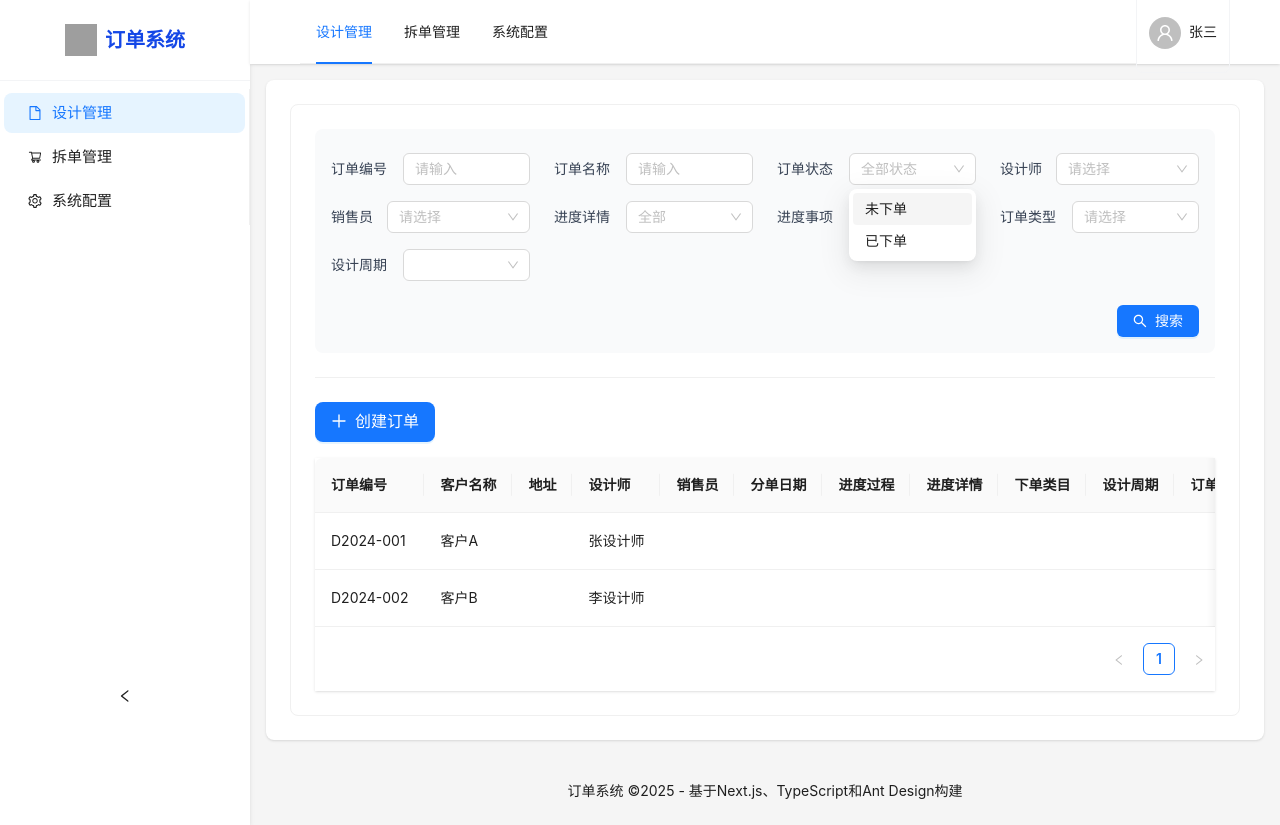
Repository: Garyxiwang/order_system
Page: /design (app in front/)
These files come from the project's save history. The page is drawn as it stood at one moment and after the next save; the edit follows.
The browser window is 1280 px wide. The pictures show the whole page.
Pictures or frames that could not be fetched are drawn as grey boxes. The project was rebuilt for these pictures with package versions that can differ from the ones it lists, and the page was loaded fresh each time. The framework's server and built-in components were replaced by stand-ins that run in the browser. Also part of the build but not shown: front/next.config.js, front/next.config.ts.

Above is the page before, as saved 2025-08-04 15:09:07.

### front/src/app/layout.tsx
import type { Metadata } from "next";
import { Geist, Geist_Mono } from "next/font/google";
import "./globals.css";

const geistSans = Geist({
  variable: "--font-geist-sans",
  subsets: ["latin"],
});

const geistMono = Geist_Mono({
  variable: "--font-geist-mono",
  subsets: ["latin"],
});

export const metadata: Metadata = {
  title: "订单系统",
  description: "基于Next.js、TypeScript和Ant Design构建的订单系统",
};

import AppLayout from '@/components/layout/AppLayout';

export default function RootLayout({
  children,
}: Readonly<{
  children: React.ReactNode;
}>) {
  return (
    <html lang="zh-CN">
      <body
        className={`${geistSans.variable} ${geistMono.variable} antialiased`}
      >
        <AppLayout>
          {children}
        </AppLayout>
      </body>
    </html>
  );
}

### front/src/app/design/page.tsx
"use client";

import React, { useState } from "react";
import {
  Typography,
  Card,
  Table,
  Button,
  Space,
  Input,
  Select,
  Row,
  Col,
  Divider,
} from "antd";
import { SearchOutlined, PlusOutlined } from "@ant-design/icons";

const { Title } = Typography;
const { Option } = Select;

const DesignPage: React.FC = () => {
  const [activeTab, setActiveTab] = useState("1");
  const [selectedDesign, setSelectedDesign] = useState<string | null>(null);

  // 模拟设计页数据
  const designData = [
    {
      key: "1",
      designNumber: "D2024-001",
      customerName: "客户A",
      productName: "产品X",
      designer: "张设计师",
      status: "进行中",
      createTime: "2024-06-20",
      previewImage: "/file.svg", // 使用已有的图片
    },
    {
      key: "2",
      designNumber: "D2024-002",
      customerName: "客户B",
      productName: "产品Y",
      designer: "李设计师",
      status: "已完成",
      createTime: "2024-06-18",
      previewImage: "/globe.svg", // 使用已有的图片
    },
  ];

  const columns = [
    {
      title: "订单编号",
      dataIndex: "designNumber",
      key: "designNumber",
    },
    {
      title: "客户名称",
      dataIndex: "customerName",
      key: "customerName",
    },
    {
      title: "地址",
      dataIndex: "address",
      key: "customerName",
    },
    {
      title: "设计师",
      dataIndex: "designer",
      key: "designer",
    },
    {
      title: "销售员",
      dataIndex: "salesperson",
      key: "salesperson",
    },
    {
      title: "分单日期",
      dataIndex: "splitTime",
      key: "splitTime",
    },
    {
      title: "进度过程",
      dataIndex: "progress",
      key: "progress",
    },
    {
      title: "进度详情",
      dataIndex: "progressDetail",
      key: "progressDetail",
    },
    {
      title: "下单类目",
      dataIndex: "category",
      key: "category",
    },
    {
      title: "设计周期",
      dataIndex: "cycle",
      key: "cycle",
    },
    {
      title: "订单状态",
      dataIndex: "state",
      key: "state",
    },
    {
      title: "订单类型",
      dataIndex: "orderType",
      key: "orderType",
    },
    {
      title: "备注",
      dataIndex: "remark",
      key: "remark",
    },
    {
      title: "操作",
      key: "action",
      render: (_: unknown, record: Record<string, string | number>) => (
        <Space size="middle">
          <Button type="link" size="small">
            编辑
          </Button>
          <Button type="link" size="small">
            更新进度
          </Button>
          <Button type="link" size="small">
            下单
          </Button>
        </Space>
      ),
    },
  ];

  return (
    <div>
      <Card variant="outlined" className="shadow-none">
        {/* 搜索和过滤区域 */}
        <div className="mb-6 bg-gray-50 p-4 rounded-lg">
          <Row gutter={24}>
            <Col span={6} className="py-2">
              <div className="flex items-center gap-2">
                <label className="whitespace-nowrap text-sm font-medium text-gray-700 min-w-16">
                  订单编号
                </label>
                <Input
                  placeholder="请输入"
                  className="rounded-md border-gray-200 flex-1"
                  size="middle"
                />
              </div>
            </Col>
            <Col span={6} className="py-2">
              <div className="flex items-center gap-2">
                <label className="whitespace-nowrap text-sm font-medium text-gray-700 min-w-16">
                  订单名称
                </label>
                <Input
                  placeholder="请输入"
                  className="rounded-md border-gray-200 flex-1"
                  size="middle"
                />
              </div>
            </Col>
            <Col span={6} className="py-2">
              <div className="flex items-center gap-2">
                <label className="whitespace-nowrap text-sm font-medium text-gray-700 min-w-16">
                  订单状态
                </label>
                <Select
                  placeholder="全部状态"
                  className="rounded-md flex-1"
                  size="middle"
                  defaultOpen={"-1"}
                >
                  <Option value="-1">未下单</Option>
                  <Option value="1">已下单</Option>
                </Select>
              </div>
            </Col>
            <Col span={6} className="py-2">
              <div className="flex items-center gap-2">
                <label className="whitespace-nowrap text-sm font-medium text-gray-700 min-w-12">
                  设计师
                </label>
                <Select
                  placeholder="请选择"
                  className="rounded-md flex-1"
                  size="middle"
                >
                  <Option value="designer1">设计师1</Option>
                  <Option value="designer2">设计师2</Option>
                </Select>
              </div>
            </Col>
            <Col span={6} className="py-2">
              <div className="flex items-center gap-2">
                <label className="whitespace-nowrap text-sm font-medium text-gray-700 min-w-12">
                  销售员
                </label>
                <Select
                  placeholder="请选择"
                  className="rounded-md flex-1"
                  size="middle"
                >
                  <Option value="designer1">销售员1</Option>
                  <Option value="designer2">销售员2</Option>
                  <Option value="designer2">销售员3</Option>
                </Select>
              </div>
            </Col>
            <Col span={6} className="py-2">
              <div className="flex items-center gap-2">
                <label className="whitespace-nowrap text-sm font-medium text-gray-700 min-w-16">
                  进度详情
                </label>
                <Select
                  placeholder="全部"
                  className="rounded-md flex-1"
                  size="middle"
                >
                  <Option value="designing">正常进行中</Option>
                  <Option value="reviewing">等硬装</Option>
                  <Option value="completed">客户待打款</Option>
                  <Option value="completed">待客户确认</Option>
                  <Option value="completed">其他</Option>
                </Select>
              </div>
            </Col>
            <Col span={6} className="py-2">
              <div className="flex items-center gap-2">
                <label className="whitespace-nowrap text-sm font-medium text-gray-700 min-w-16">
                  进度事项
                </label>
                <Select
                  placeholder="全部"
                  className="rounded-md flex-1"
                  size="middle"
                >
                  <Option value="normal">量尺</Option>
                  <Option value="important">初稿</Option>
                  <Option value="urgent">已报价未打款</Option>
                  <Option value="urgent">已打款</Option>
                  <Option value="urgent">已下单</Option>
                </Select>
              </div>
            </Col>
            <Col span={6} className="py-2">
              <div className="flex items-center gap-2">
                <label className="whitespace-nowrap text-sm font-medium text-gray-700 min-w-16">
                  订单类型
                </label>
                <Select
                  placeholder="请选择"
                  className="rounded-md flex-1"
                  size="middle"
                >
                  <Option value="design">设计单</Option>
                  <Option value="development">拆单订单</Option>
                </Select>
              </div>
            </Col>
            <Col span={6} className="py-2">
              <div className="flex items-center gap-2">
                <label className="whitespace-nowrap text-sm font-medium text-gray-700 min-w-16">
                  设计周期
                </label>
                <Select
                  placeholder=""
                  className="rounded-md flex-1"
                  size="middle"
                >
                  <Option value="short">小于10天</Option>
                  <Option value="medium">10-20天</Option>
                  <Option value="long">大于20天</Option>
                </Select>
              </div>
            </Col>
          </Row>
          <Row className="mt-4">
            <Col span={24} className="text-right">
              <Space>
                <Button
                  type="primary"
                  icon={<SearchOutlined />}
                  size="middle"
                  className="bg-blue-600 hover:bg-blue-700"
                >
                  搜索
                </Button>
              </Space>
            </Col>
          </Row>
        </div>
        <Divider className="my-4" />
        {/* 新增 */}
        <div className="flex justify-between items-center mb-4">
          <Button
            type="primary"
            icon={<PlusOutlined />}
            size="large"
            className="bg-blue-600 hover:bg-blue-700"
          >
            创建订单
          </Button>
        </div>

        {/* 表格区域 */}
        <Table
          columns={columns}
          dataSource={designData}
          bordered={false}
          pagination={{ pageSize: 10 }}
          className="shadow-sm"
          rowClassName="hover:bg-blue-50"
          scroll={{ x: "max-content" }}
        />
      </Card>
    </div>
  );
};

export default DesignPage;

### front/src/app/globals.css
@import "tailwindcss";
/* Ant Design 5.x不再需要全局导入CSS文件 */

:root {
  --background: #ffffff;
  --foreground: #171717;
}

@theme inline {
  --color-background: var(--background);
  --color-foreground: var(--foreground);
  --font-sans: var(--font-geist-sans);
  --font-mono: var(--font-geist-mono);
}

@media (prefers-color-scheme: dark) {
  :root {
    --background: #0a0a0a;
    --foreground: #ededed;
  }
}

body {
  background: var(--background);
  color: var(--foreground);
  font-family: Arial, Helvetica, sans-serif;
}

### front/src/components/layout/AppLayout.tsx
"use client";

import React, { useState } from "react";
import { Layout, Menu, Avatar, Dropdown, Button, Space } from "antd";
import type { MenuProps } from "antd";
import {
  UserOutlined,
  LogoutOutlined,
  BellOutlined,
  SettingOutlined,
} from "@ant-design/icons";
import SideMenu from "@/components/layout/SideMenu";
import AntdRegistry from "../AntdRegistry";
import { usePathname, useRouter } from "next/navigation";
import Link from "next/link";

const { Content, Footer, Sider, Header } = Layout;

interface AppLayoutProps {
  children: React.ReactNode;
}

const AppLayout: React.FC<AppLayoutProps> = ({ children }) => {
  const pathname = usePathname();
  const router = useRouter();
  const isLoginPage = pathname === "/login";

  // 模拟当前用户信息
  const [currentUser] = useState({
    name: "张三",
    avatar: "",
    role: "管理员",
  });

  // 处理退出登录
  const handleLogout = () => {
    // 实际项目中应该调用登出API，清除token等
    console.log("用户登出");
    router.push("/login");
  };

  // 用户下拉菜单项
  const userMenuItems: MenuProps["items"] = [
    // {
    //   key: "profile",
    //   icon: <UserOutlined />,
    //   label: "个人信息",
    // },
    // {
    //   key: "settings",
    //   icon: <SettingOutlined />,
    //   label: "账户设置",
    // },
    // {
    //   type: "divider",
    // },
    {
      key: "logout",
      icon: <LogoutOutlined />,
      label: "退出登录",
      onClick: handleLogout,
    },
  ];

  return (
    <AntdRegistry>
      {isLoginPage ? (
        <>{children}</>
      ) : (
        <Layout className="min-h-screen">
          <Layout>
            <Sider
              width={250}
              theme="light"
              className="min-h-screen shadow-md z-10 bg-gradient-to-b from-blue-50 to-white"
              breakpoint="lg"
              collapsible
            >
              <div className="flex items-center justify-center py-6 px-4 border-b border-gray-100">
                <div className="text-xl font-bold text-blue-700 flex items-center">
                  <img src="/globe.svg" alt="Logo" className="w-8 h-8 mr-2" />
                  <span>订单系统</span>
                </div>
              </div>
              <div className="py-2">
                <SideMenu />
              </div>
            </Sider>
            <Layout>
              <Header
                style={{ backgroundColor: "white" }}
                className="px-6 flex justify-between items-center shadow-sm h-16 sticky top-0 z-10"
              >
                <div className="flex-1">
                  <Menu
                    mode="horizontal"
                    selectedKeys={[pathname.split("/")[1] || ""]}
                    className="border-b-0 font-medium"
                    items={[
                      {
                        key: "design",
                        label: (
                          <Link
                            href="/design"
                            className="text-gray-700 hover:text-blue-600"
                          >
                            设计管理
                          </Link>
                        ),
                      },
                      {
                        key: "split",
                        label: (
                          <Link
                            href="/split"
                            className="text-gray-700 hover:text-blue-600"
                          >
                            拆单管理
                          </Link>
                        ),
                      },
                      {
                        key: "config",
                        label: (
                          <Link
                            href="/config"
                            className="text-gray-700 hover:text-blue-600"
                          >
                            系统配置
                          </Link>
                        ),
                      },
                    ]}
                  />
                </div>
                <div className="flex items-center">
                  {/* <Button
                    type="text"
                    icon={<BellOutlined className="text-lg" />}
                    className="mr-4 hover:bg-gray-100 h-10 w-10 flex items-center justify-center rounded-full"
                  /> */}
                  <Dropdown
                    menu={{ items: userMenuItems }}
                    placement="bottomRight"
                    arrow
                  >
                    <Space className="cursor-pointer px-3 py-2 rounded-md hover:bg-gray-100 border border-gray-100">
                      <Avatar icon={<UserOutlined />} className="bg-blue-500" />
                      <span className="font-medium">{currentUser.name}</span>
                    </Space>
                  </Dropdown>
                </div>
              </Header>
              <Content className="p-6 m-4 bg-white rounded-lg shadow-sm">
                {children}
              </Content>
              <Footer className="text-center text-gray-500 bg-transparent">
                订单系统 ©{new Date().getFullYear()} -
                基于Next.js、TypeScript和Ant Design构建
              </Footer>
            </Layout>
          </Layout>
        </Layout>
      )}
    </AntdRegistry>
  );
};

export default AppLayout;

### front/src/components/layout/SideMenu.tsx
'use client';

import React from 'react';
import { Menu } from 'antd';
import { FileOutlined, ShoppingCartOutlined, SettingOutlined, DashboardOutlined } from '@ant-design/icons';
import Link from 'next/link';
import { usePathname } from 'next/navigation';

const SideMenu: React.FC = () => {
  const pathname = usePathname();

  // 根据当前路径确定选中的菜单项
  const getSelectedKey = () => {
    if (pathname.startsWith('/design')) return ['design'];
    if (pathname.startsWith('/split')) return ['split'];
    if (pathname.startsWith('/config')) return ['config'];
    return [];
  };

  const menuItems = [
    {
      key: 'design',
      icon: <FileOutlined className="text-blue-600" />,
      label: <Link href="/design" className="text-gray-700 hover:text-blue-600 font-medium">设计管理</Link>,
    },
    {
      key: 'split',
      icon: <ShoppingCartOutlined className="text-blue-600" />,
      label: <Link href="/split" className="text-gray-700 hover:text-blue-600 font-medium">拆单管理</Link>,
    },
    {
      key: 'config',
      icon: <SettingOutlined className="text-blue-600" />,
      label: <Link href="/config" className="text-gray-700 hover:text-blue-600 font-medium">系统配置</Link>,
    },
  ];

  return (
    <Menu
      mode="inline"
      selectedKeys={getSelectedKey()}
      items={menuItems}
      className="border-r-0 bg-transparent"
      style={{ fontSize: '15px' }}
    />
  );
};

export default SideMenu;

### front/src/components/AntdRegistry.tsx
'use client';

import React from 'react';
import { createCache, extractStyle, StyleProvider } from '@ant-design/cssinjs';
import type Entity from '@ant-design/cssinjs/es/Cache';
import { useServerInsertedHTML } from 'next/navigation';

interface AntdRegistryProps {
  children: React.ReactNode;
}

const AntdRegistry = ({ children }: AntdRegistryProps) => {
  const cache = React.useMemo<Entity>(() => createCache(), []);

  useServerInsertedHTML(() => {
    return (
      <style
        id="antd"
        dangerouslySetInnerHTML={{ __html: extractStyle(cache, true) }}
      />
    );
  });

  return <StyleProvider cache={cache}>{children}</StyleProvider>;
};

export default AntdRegistry;

After the next save:
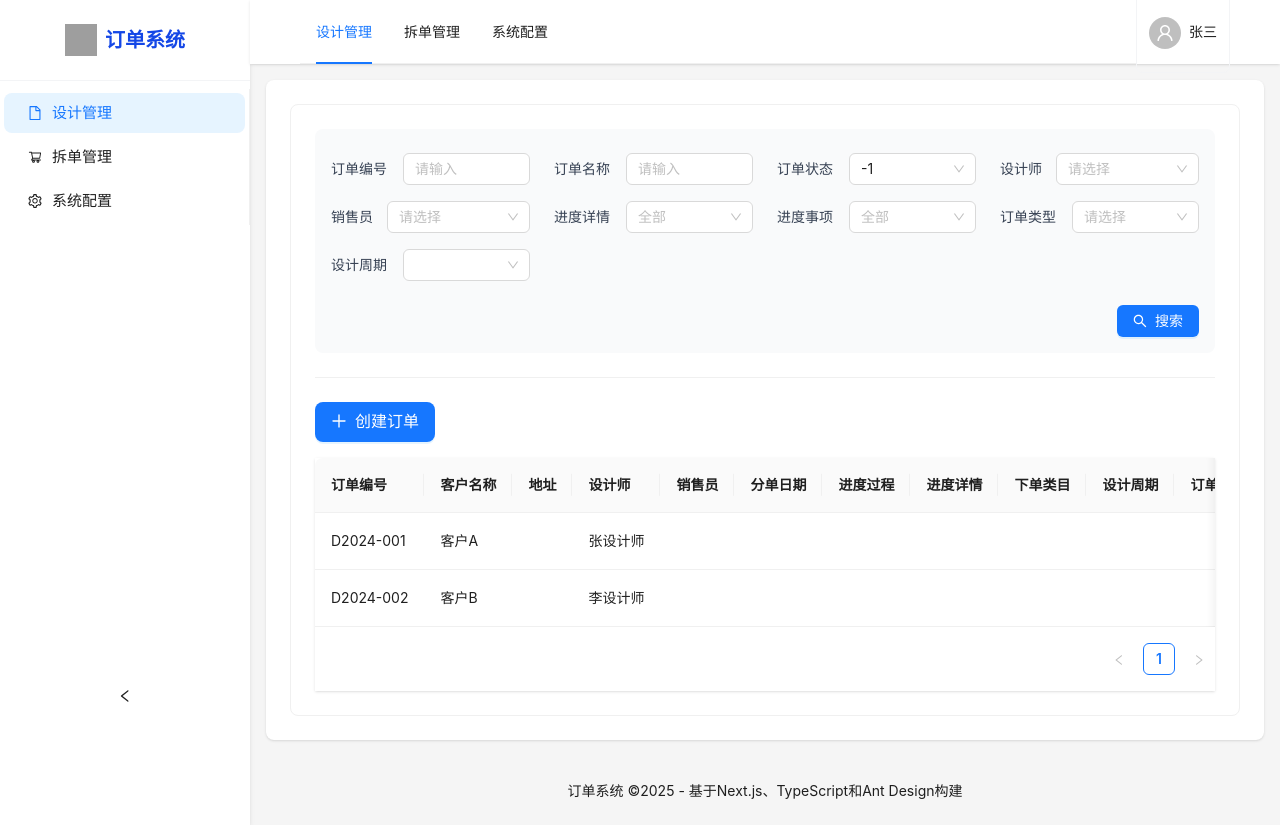
Saved 18 s later.
--- a/front/src/app/design/page.tsx
+++ b/front/src/app/design/page.tsx
@@ -170,7 +170,7 @@ const DesignPage: React.FC = () => {
                   placeholder="全部状态"
                   className="rounded-md flex-1"
                   size="middle"
-                  defaultOpen={"-1"}
+                  defaultValue={-1}
                 >
                   <Option value="-1">未下单</Option>
                   <Option value="1">已下单</Option>
